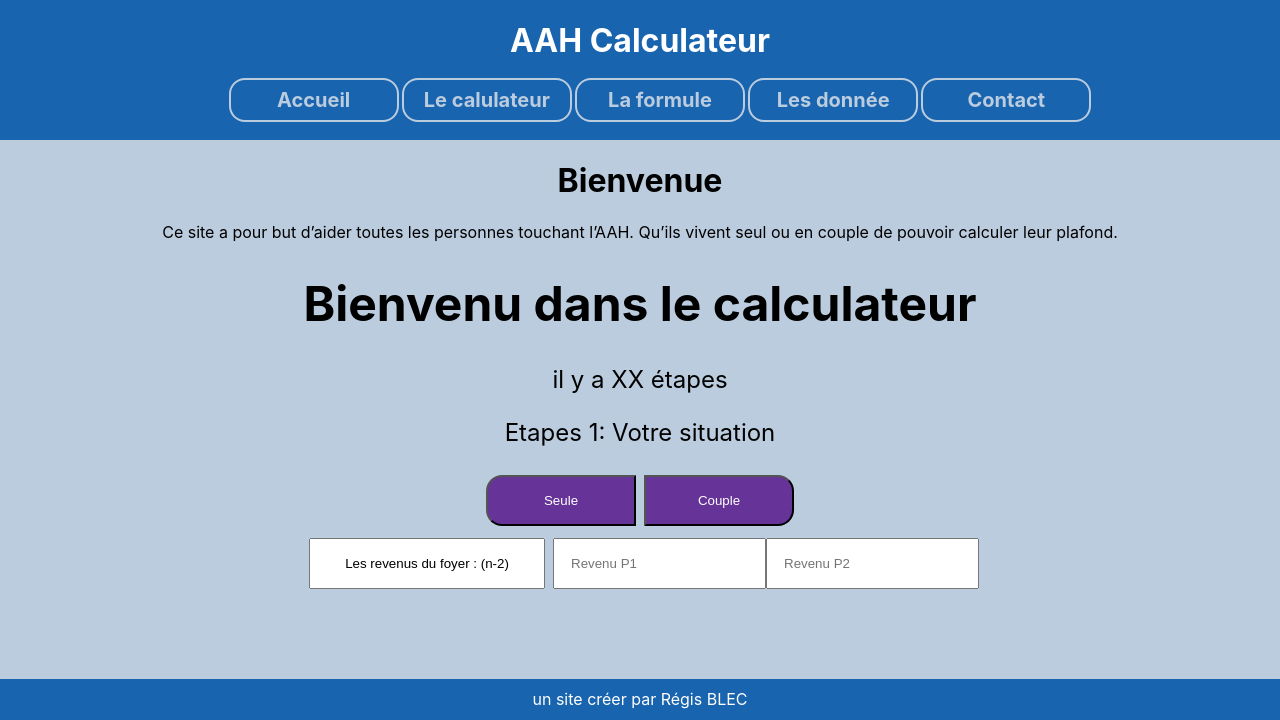
Repository: Cide74/calculateur-aah
Page: /
The author's editor kept a copy of each file at every save. The page is drawn from the files as they stood at one save, then again after a run of saves.
The browser window is 1280 px wide. The pictures show the whole page.
The project was rebuilt for these pictures with package versions that can differ from the ones it lists, and the page was loaded fresh each time.

Above is the page before, as saved 2021-04-05 18:32:29.

### public/index.html
<!DOCTYPE html>
<html lang="fr">
  <head>
    <meta charset="utf-8" />
    <link rel="icon" href="%PUBLIC_URL%/logoAAH.ico" />
    <meta name="viewport" content="width=device-width, initial-scale=1" />
    <meta name="theme-color" content="#000000" />
    <meta
      name="description"
      content="Web site created using create-react-app"
    />
    <link rel="apple-touch-icon" href="%PUBLIC_URL%/logoAAH.jpg" />
    <!--
      manifest.json provides metadata used when your web app is installed on a
      user's mobile device or desktop. See https://developers.google.com/web/fundamentals/web-app-manifest/
    -->
    <link rel="manifest" href="%PUBLIC_URL%/manifest.json" />
    <!--
      Notice the use of %PUBLIC_URL% in the tags above.
      It will be replaced with the URL of the `public` folder during the build.
      Only files inside the `public` folder can be referenced from the HTML.

      Unlike "/favicon.ico" or "favicon.ico", "%PUBLIC_URL%/favicon.ico" will
      work correctly both with client-side routing and a non-root public URL.
      Learn how to configure a non-root public URL by running `npm run build`.
    -->
    <title>React App</title>
  </head>
  <body>
    <noscript>You need to enable JavaScript to run this app.</noscript>
    <div id="root"></div>
    <!--
      This HTML file is a template.
      If you open it directly in the browser, you will see an empty page.

      You can add webfonts, meta tags, or analytics to this file.
      The build step will place the bundled scripts into the <body> tag.

      To begin the development, run `npm start` or `yarn start`.
      To create a production bundle, use `npm run build` or `yarn build`.
    -->
  </body>
</html>

### src/index.css
body {
  margin: 0;
  font-family: -apple-system, BlinkMacSystemFont, 'Segoe UI', 'Roboto', 'Oxygen',
    'Ubuntu', 'Cantarell', 'Fira Sans', 'Droid Sans', 'Helvetica Neue',
    sans-serif;
  -webkit-font-smoothing: antialiased;
  -moz-osx-font-smoothing: grayscale;







  background-color:#BBCCDE;
  background-color:#1864AF;
}

code {
  font-family: source-code-pro, Menlo, Monaco, Consolas, 'Courier New',
    monospace;
}

### src/App.js
import Header from './components/Header/Header';
import Menu from './components/Menu/Menu';
import Main from './components/Main/Main';
import Footer from './components/Footer/Footer';

import './App.scss';

function App() {
  return (
    <div className="App">
      <Header />
      <Menu />
      <Main />
      <Footer />
    </div>
  );
}

export default App;

### src/components/Header/Header.js
//import Menu from '../Menu/Menu';
import './Header.scss';

export default function Header() {
  return (
    <div className="header">
      <h1 className="header-title">AAH Calculateur</h1>

    </div>
  );
}

### src/components/Menu/Menu.js

import './Menu.scss';

export default function Menu() {
  return (
		<nav className="menu">
			<ul className="menu__list">
				<li className="menu__item menu__item--current">
          <a className="menu__link">Accueil</a></li>
				<li className="menu__item">
          <a className="menu__link">Le calulateur</a></li>
				<li className="menu__item">
          <a className="menu__link">La formule</a></li>
				<li className="menu__item">
          <a className="menu__link">Les donnée</a></li>
				<li className="menu__item">
          <a className="menu__link">Contact</a></li>
			</ul>
		</nav>
  );
}

### src/components/Main/Main.js
import Home from '../Home/Home';
import Calculator from '../Calculator/Calculator';

import './Main.scss';

export default function Main() {
  return (
    <div className="Main">
      < Home />
      < Calculator />

    </div>
  );
}

### src/components/Footer/Footer.js
import './Footer.scss';

export default function Footer() {
  return (
    <div className="Footer">
      <h1 className="Footer-title">un site créer par Régis BLEC</h1>
    </div>
  );
}

### src/App.scss
.App {

  text-align: center;
  background-color:#1864AF ;
  background-color:#BBCCDE;

  display: flex;
  flex-direction: column;
  min-height: 100vh;

  h1 {
   // color:white;
  }
}

### src/components/Header/Header.scss
.header {
    background-color:#1864AF;
    &-title {
        color: white;
        font-size: 2em;
        background-color:#1864AF;
        margin-bottom: 0rem ;
    }
}

### src/components/Menu/Menu.scss
.menu {
    color:#BBCCDE;
    background-color:#1864AF;
    &__list {
        display:inline-flex;
    }
    &__item {
        max-width: auto;
        margin:0.1rem;
        padding: 0.5rem;
        list-style:none;
        font-size: 1.25em;
        font-weight: bolder;
        border-radius: 1rem ;
        border:2px solid #BBCCDE;
        min-width: 150px;
    }
    &__item:hover {
            color :#1864AF;
            border-radius: 3rem ;
            background-color:#BBCCDE;
        }
}

### src/components/Home/Home.js


import './Home.scss';

export default function Home() {
  return (
    <div className='Home'>
      <h1>Bienvenue</h1>
      <p>Ce site a pour but d’aider toutes les personnes touchant l’AAH. Qu’ils vivent seul ou en couple de pouvoir calculer leur plafond. </p>

    </div>
  );
}

### src/components/Calculator/Calculator.js
import React from 'react';
import { Button } from 'semantic-ui-react'

import './Calculator.scss';

export default function Calculator() {

  return (
    <div className='calculateur'>



      <h1>Bienvenu dans le calculateur</h1>
      <p>il y a XX étapes </p>
        <form className="form">
          <p>Etapes 1: Votre situation</p>
          <div className='form-situation'>
            {/*
            <input
              type='text'
              className='form-situation-text'
              //onChange= ''
              value="Votre situation:"
              name='revenu-text'
            />*/}
            <Button
              className='form-situation-seule'
              content='Seule'
              name='Seule'
              />
            <Button
              className='form-situation-couple'
              content='Couple'
              name='Couple'
              />


          </div>
        </form>
      <form className='form'>
        <div className="field-revenu">
          <input
            type='text'
            className='field-input-revenu-text'
            onChange= ''
            value="Les revenus du foyer : (n-2)"
            name='revenu-text'
          />
          <input
            type='number'
            className='field-input-revenu'
            onChange= ''
            value=""
            //onChange={handleChange}
            placeholder='Revenu P1 '
            name='revenu1'
          />
          <input
            type='number'
            className='field-input-revenu'
            onChange= ''
            value=""
            //onChange={handleChange}
            placeholder='Revenu P2 '
            name='revenu1'
          />
        </div>
      </form>
    </div>
  );
}

### src/components/Main/Main.scss
.Main {
    background-color: #BBCCDE;
    flex: 1;


    p {
    overflow: auto;
    }

}

### src/components/Footer/Footer.scss
.Footer {

    text-align: center;
    background-color:#1864AF;

    position: relative;
    width: 100%;

    &-title {
        text-align: center;
        text-overflow: clip;
        color:white;
        font-weight: normal;
        font-size: 1em;
    }

}

### src/components/Calculator/Calculator.scss
.calculateur {
   // color:orange;
    font-size: 1.5rem;
    .form {
        text-align: center;

        &-situation-text {
            color:red;
            margin: 0.25rem;
            padding: 1rem;
            border-radius: 1rem 0rem 0rem 1rem;
        }
        &-situation-seule {
            color:white;
            background-color: rebeccapurple;
            border-radius: 1rem 0rem 0rem 1rem;
            margin: 0.25rem;
            padding: 1rem;
            width: 150px;
        }
        &-situation-couple {
            color:white;
            background-color: rebeccapurple;
            border-radius: 0rem 1rem 1rem 0rem;
            margin: 0.25rem;
            padding: 1rem;
            width: 150px;
        }
    }


    .field-input-revenu {
        color:red;

        width: max-content;
        padding: 1rem;

        &-text {
            text-align: center;
            width: 200px;
            margin: 0.5rem;
            padding: 1rem;
        }}
}

Loaded but not shown: src/index.js (common file); src/reportWebVitals.js (common file); src/components/Home/Home.scss (no stored copy; drawn as an empty file)

After the next 2 saves:
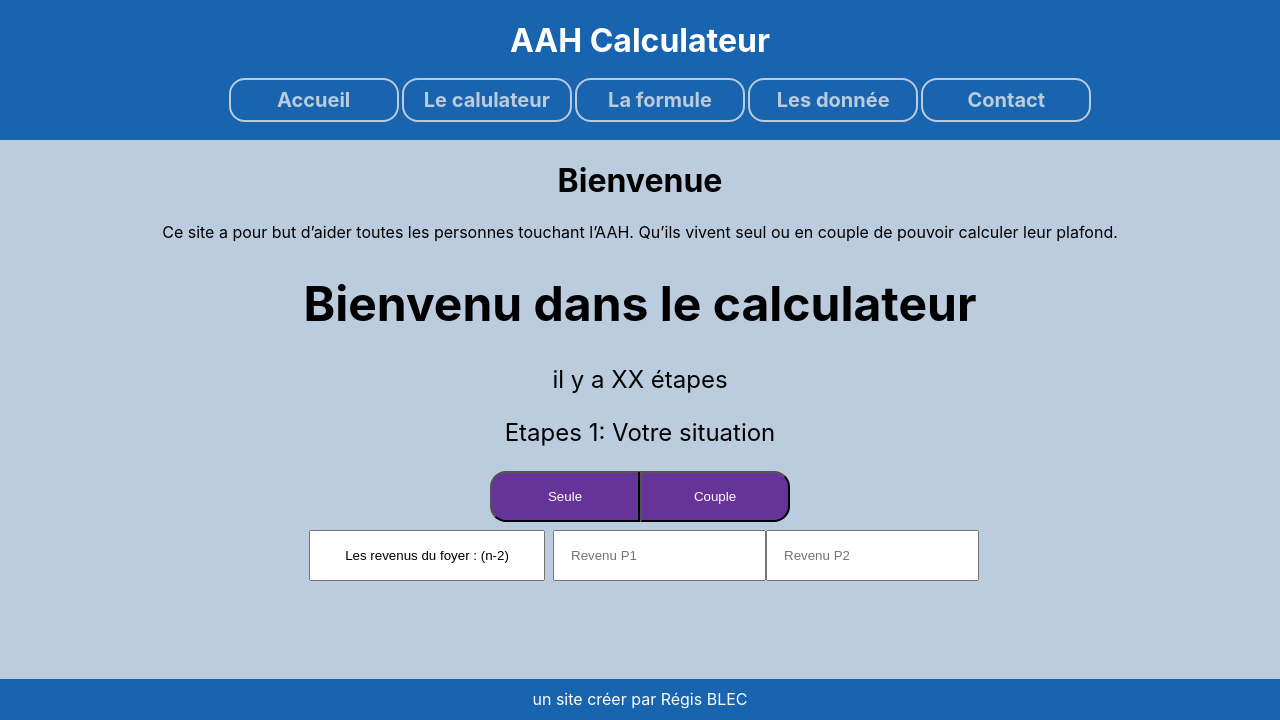
The 2 saves are shown as one change because they came seconds apart.
The last was saved 13 s later.
--- a/src/components/Calculator/Calculator.scss
+++ b/src/components/Calculator/Calculator.scss
@@ -14,7 +14,7 @@
             color:white;
             background-color: rebeccapurple;
             border-radius: 1rem 0rem 0rem 1rem;
-            margin: 0.25rem;
+            margin: 0rem;
             padding: 1rem;
             width: 150px;
         }
@@ -22,7 +22,7 @@
             color:white;
             background-color: rebeccapurple;
             border-radius: 0rem 1rem 1rem 0rem;
-            margin: 0.25rem;
+            margin: 0rem;
             padding: 1rem;
             width: 150px;
         }
